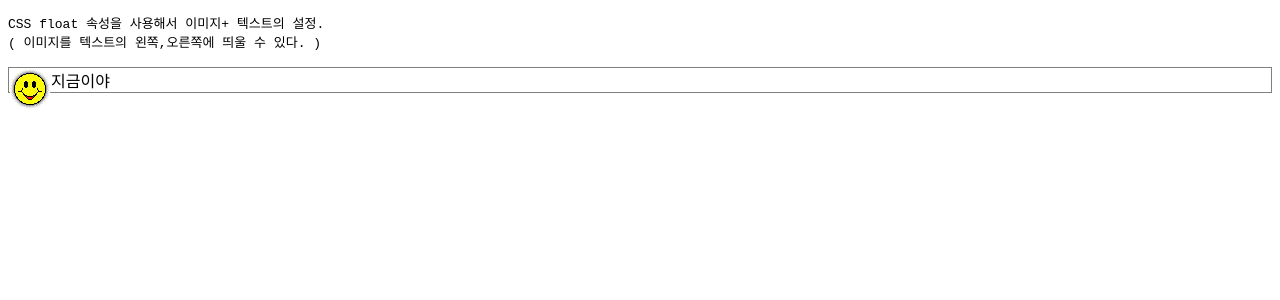
Repository: donggri1/WORKSPACE
Page: WebClass/webPro/src/main/webapp/html/days03/ex02.html
These files come from the project's save history. The page is drawn as it stood at one moment and after the next save; the edit follows.
The browser window is 1280 px wide. The pictures show the whole page.

Above is the page before, as saved 2024-03-26 00:30:03.

### WebClass/webPro/src/main/webapp/html/days03/ex02.html
<!DOCTYPE html>
<html>
<head>
<meta charset="UTF-8">
<title>Insert title here</title>
<link rel="shortcut icon" type="image/x-icon" href="http://localhost/webPro/images/SiSt.ico">
<style >
	/* 스타일 적용할 대상 == 선택자 == Selector */

	p{
	/* 속석=속성값; */
	border: solid 1px grey;
	}

</style>
</head>
<body>

<pre>
CSS float 속성을 사용해서 이미지+ 텍스트의 설정.
( 이미지를 텍스트의 왼쪽,오른쪽에 띄울 수 있다. )
</pre>
<p>
	<img style="float:left; width:42px;height:42px;" src="../images/smiley.gif">
	지금이야
</p>



</body>
</html>

After the next save:
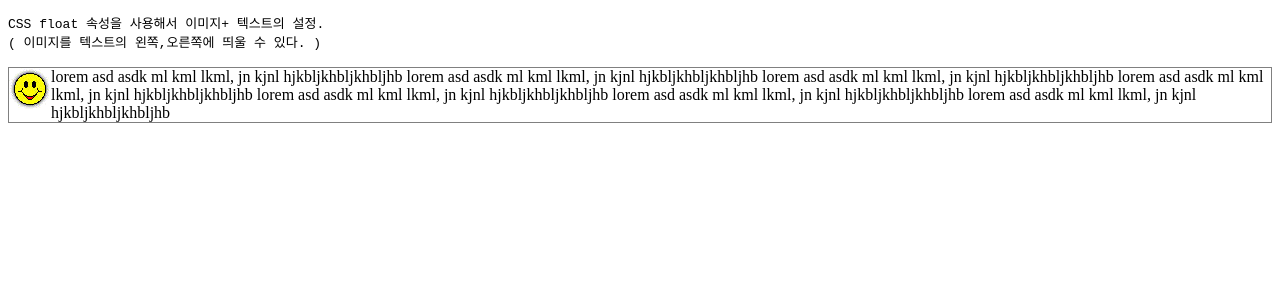
Saved 38 s later.
--- a/WebClass/webPro/src/main/webapp/html/days03/ex02.html
+++ b/WebClass/webPro/src/main/webapp/html/days03/ex02.html
@@ -22,7 +22,13 @@ CSS float 속성을 사용해서 이미지+ 텍스트의 설정.
 </pre>
 <p>
 	<img style="float:left; width:42px;height:42px;" src="../images/smiley.gif">
-	지금이야
+	lorem asd asdk ml kml lkml, jn kjnl hjkbljkhbljkhbljhb
+	lorem asd asdk ml kml lkml, jn kjnl hjkbljkhbljkhbljhb
+	lorem asd asdk ml kml lkml, jn kjnl hjkbljkhbljkhbljhb
+	lorem asd asdk ml kml lkml, jn kjnl hjkbljkhbljkhbljhb
+	lorem asd asdk ml kml lkml, jn kjnl hjkbljkhbljkhbljhb
+	lorem asd asdk ml kml lkml, jn kjnl hjkbljkhbljkhbljhb
+	lorem asd asdk ml kml lkml, jn kjnl hjkbljkhbljkhbljhb
 </p>
 
 
